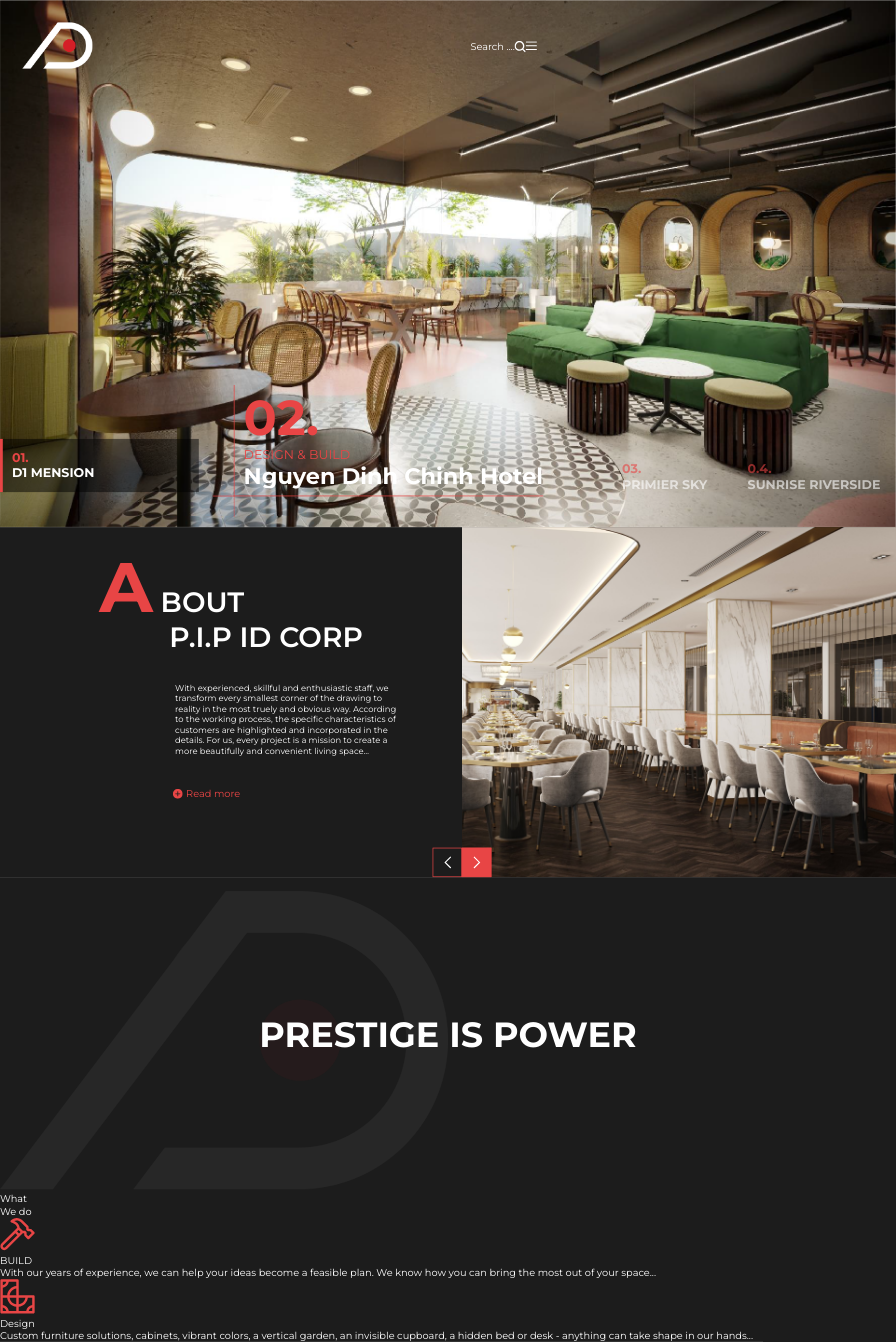
Repository: huudang2840/pipHomePage
Page: index.html
The author's editor kept a copy of each file at every save. The page is drawn from the files as they stood at one save, then again after a run of saves.
The browser window is 1280 px wide. The pictures show the whole page, at 70% of full size.

Above is the page before, as saved 2023-03-21 14:52:43.

After the next 2 saves:
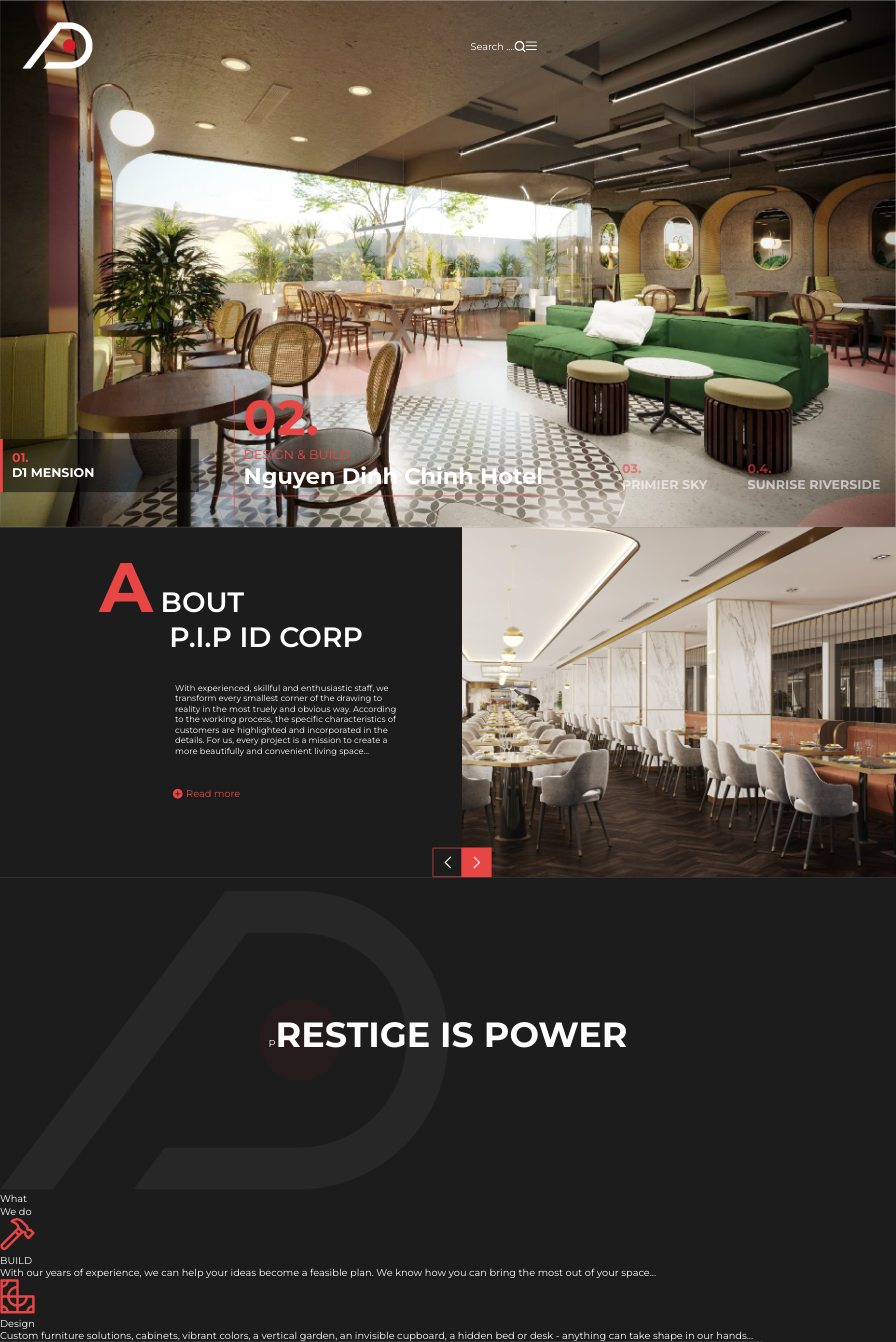
The 2 saves are shown as one change because they came seconds apart.
The last was saved 34 s later.
--- a/index.html
+++ b/index.html
@@ -162,7 +162,7 @@
           <div class="wedo__top__logo">
             <img src="/img/logo2.png" alt="" srcset="" />
           </div>
-          <h2 class="wedo__top__text">Prestige is Power</h2>
+          <h2 class="wedo__top__text"><span>P</span>restige is Power</h2>
         </div>
         <div class="wedo__bottom">
           <h2 class="wedo__bottom__text">What</h2>
